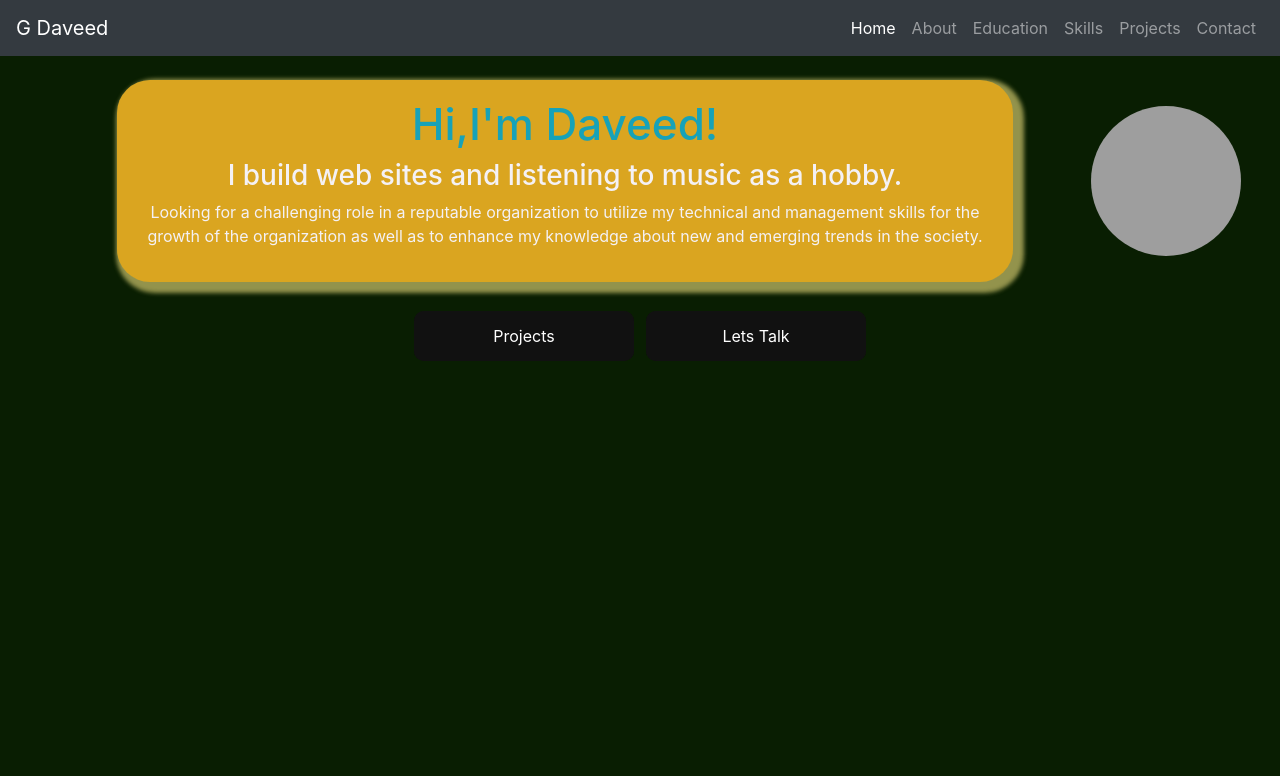
Repository: DaveedGangi/DaveedWebsite
Page: one.html
These files come from the project's save history. The page is drawn as it stood at one moment and after the next save; the edit follows.
The browser window is 1280 px wide. The pictures show the whole page.
Pictures or frames that could not be fetched are drawn as grey boxes.

Above is the page before, as saved 2023-10-23 13:33:25.

After the next save:
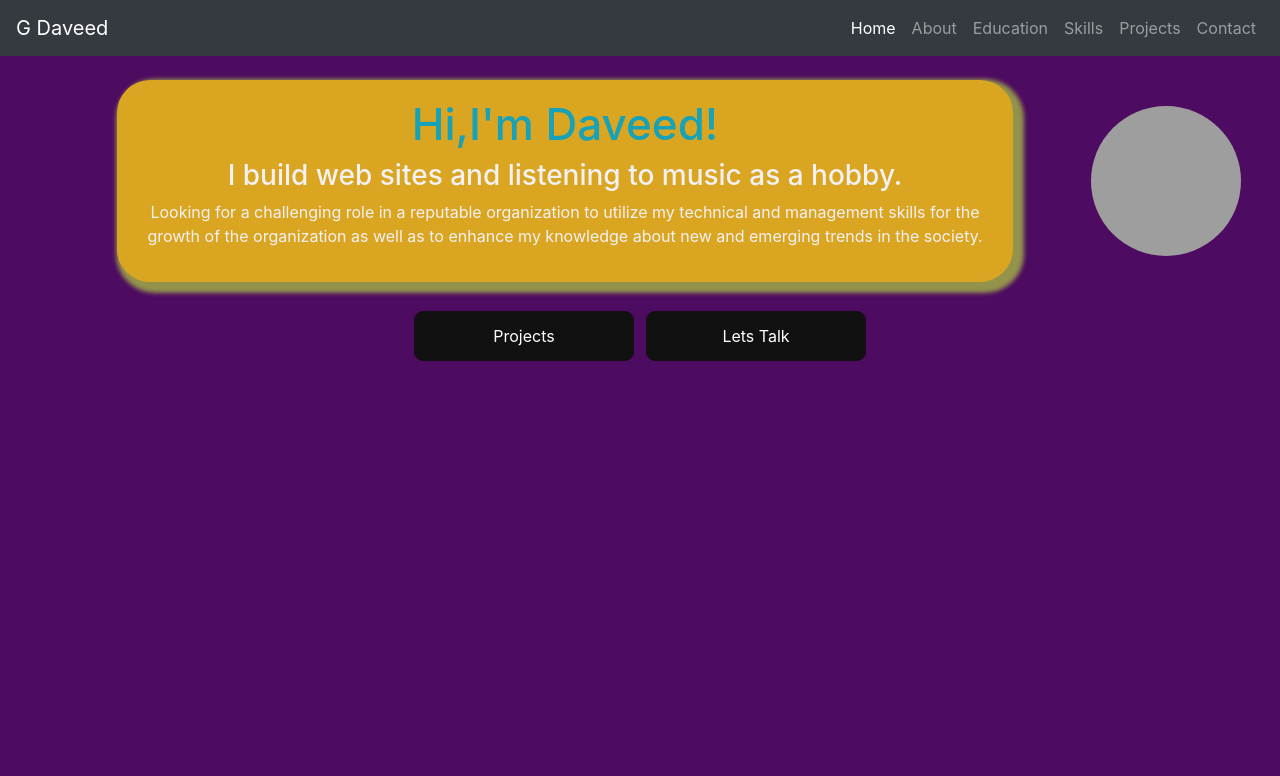
Saved 4 s later.
--- a/two.css
+++ b/two.css
@@ -1,7 +1,7 @@
 .bgcontainer {
     height:100vh;
     background-size:cover;
-    background-color:rgb(9, 30, 2);
+    background-color:rgb(77, 11, 97);
 
 }
 .mystory{
